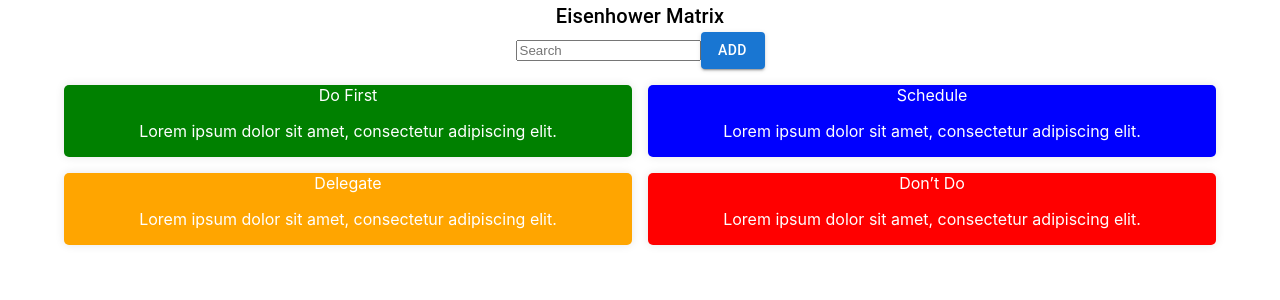
Repository: GokulDev4U/Krixi_react_assignment
Page: /, after clicking the first element matching `button.MuiButtonBase-root`
The author's editor kept a copy of each file at every save. The page is drawn from the files as they stood at one save, then again after the next save.
The browser window is 1280 px wide. The pictures show the whole page.
The project was rebuilt for these pictures with package versions that can differ from the ones it lists, and the page was loaded fresh each time.

Above is the page before, as saved 2022-04-04 13:01:52.

After the next save:
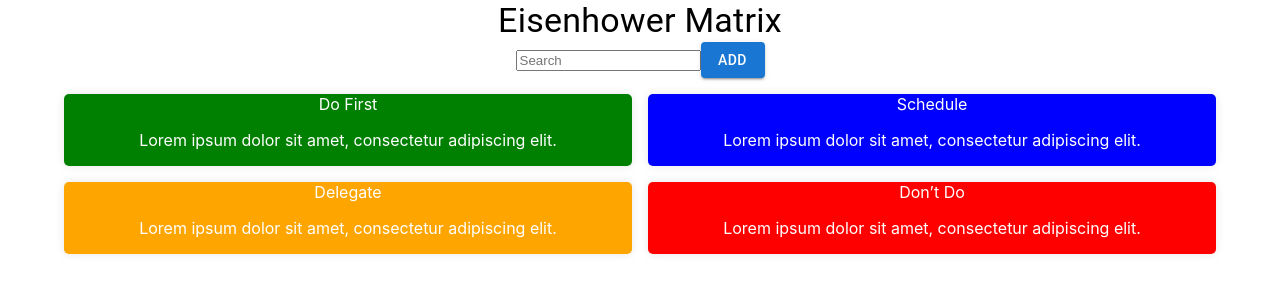
Saved 9 s later.
--- a/src/App.js
+++ b/src/App.js
@@ -8,7 +8,7 @@ function App() {
   return (
     <div className="App">
       <Container sx={{ flexGrow: 1 }}>
-        <Typography variant="h6">Eisenhower Matrix</Typography>
+        <Typography variant="h4">Eisenhower Matrix</Typography>
         <Grid container spacing={2}>
           <Grid item xs={12}>
             <input type="text" placeholder="Search" />
